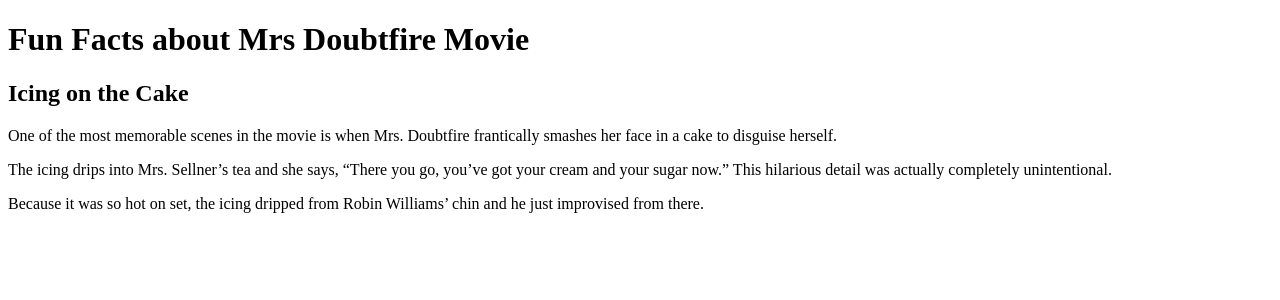
Repository: ItaConnell007/Brainnest-Main-HTML-Project
Page: fun-facts.html
The author's editor kept a copy of each file at every save. The page is drawn from the files as they stood at one save, then again after the next save.
The browser window is 1280 px wide. The pictures show the whole page.

Above is the page before, as saved 2022-08-16 17:22:22.

After the next save:
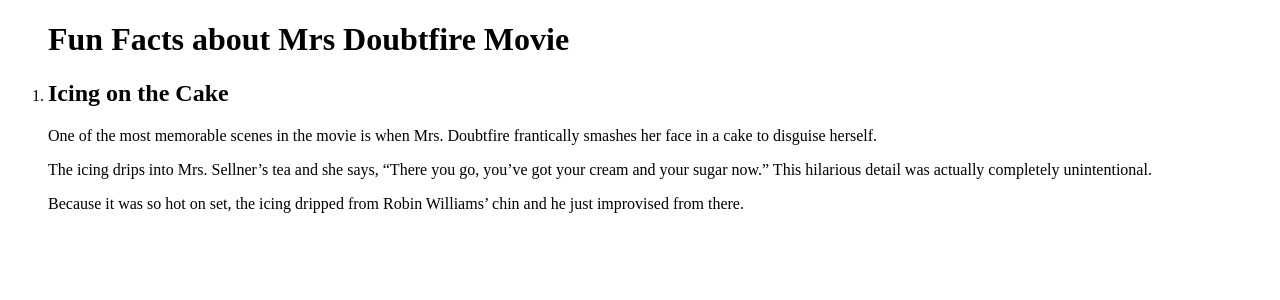
Saved 57 s later.
--- a/fun-facts.html
+++ b/fun-facts.html
@@ -9,8 +9,10 @@
 </head>
 
 <body>
+<ol>
+    <h1> Fun Facts about Mrs Doubtfire Movie</h1>
 
-    <h1> Fun Facts about Mrs Doubtfire Movie</h1>
+   <li>
 
     <h2>Icing on the Cake</h2>
     One of the most memorable scenes in the movie is when Mrs. Doubtfire frantically smashes her face in a cake to
@@ -21,6 +23,9 @@
 
     <p> Because it was so hot on set, the icing dripped from Robin Williams’ chin and he just improvised from there.</p>
 
+   </li>
+
+</ol>
 </body>
 
 </html>
